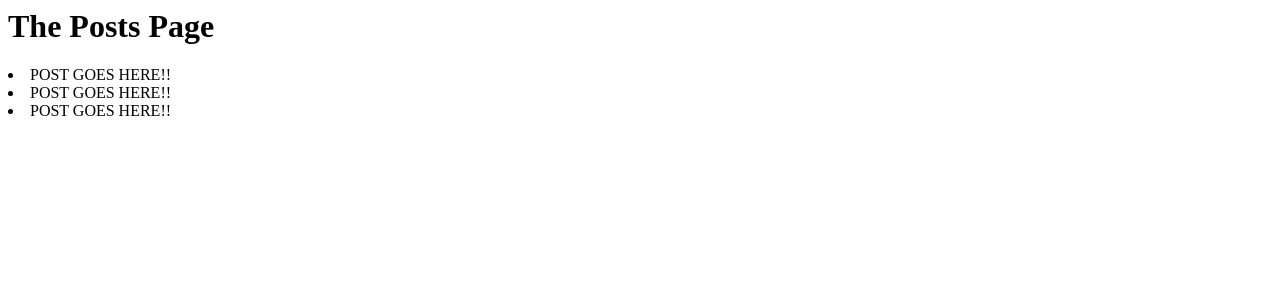
Repository: demioke/web-development-bootcamp
Page: http://localhost/posts
The author's editor kept a record of every edit. The page is drawn from the files as they stood at one moment, then again after the next edit.
The browser window is 1280 px wide. The pictures show the whole page.
The page is served by the project's Node server (MoreExpress/EJSDemo/app.js).

Above is the page before.

### MoreExpress/EJSDemo/views/posts.ejs
<h1>The Posts Page</h1>


<% for(var i = 0; i < posts.length; i++) { %>
<li>POST GOES HERE!!</li>
<% } %>

### MoreExpress/EJSDemo/app.js
var express = require("express");
var app = express();

app.use(express.static("public")); // tells express to include files in the public directory i.e. app.css
app.set("view engine", "ejs"); // tells express that the extension of all the template pages we are rendering will be .ejs
                               //=> no need to add the extension .ejs at end of filename when using res.render()

app.get("/", function(req, res) {
    res.render("home"); // renders html. make sure to npm install ejs
});

app.get("/fallinlovewith/:thing", function(req, res) {
    var thing = req.params.thing;
    res.render("love", {thingVar: thing}); // passing 'thing' variable into ejs as 'thingVar'
});

app.get("/posts", function(req, res) {
    var posts = [
        {title: "Post 1", author: "Susy"},
        {title: "My Adorable Pet Bunny", author: "Charlie"},
        {title: "Can You Believe this Pomsky", author: "Colt"}
        ];

        res.render("posts", {posts: posts});
});

app.listen(process.env.PORT, process.env.IP, function() {
    console.log("Server is listening!!");
});

After the next edit:
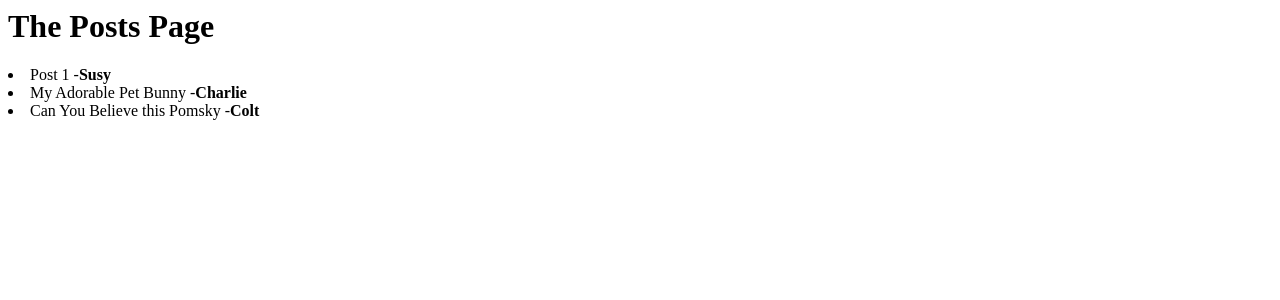
The edit:
--- a/MoreExpress/EJSDemo/views/posts.ejs
+++ b/MoreExpress/EJSDemo/views/posts.ejs
@@ -2,5 +2,7 @@
 
 
 <% for(var i = 0; i < posts.length; i++) { %>
-<li>POST GOES HERE!!</li>
+    <li>
+        <%= posts[i].title %> -<strong><%= posts[i].author %></strong>
+    </li>
 <% } %>
